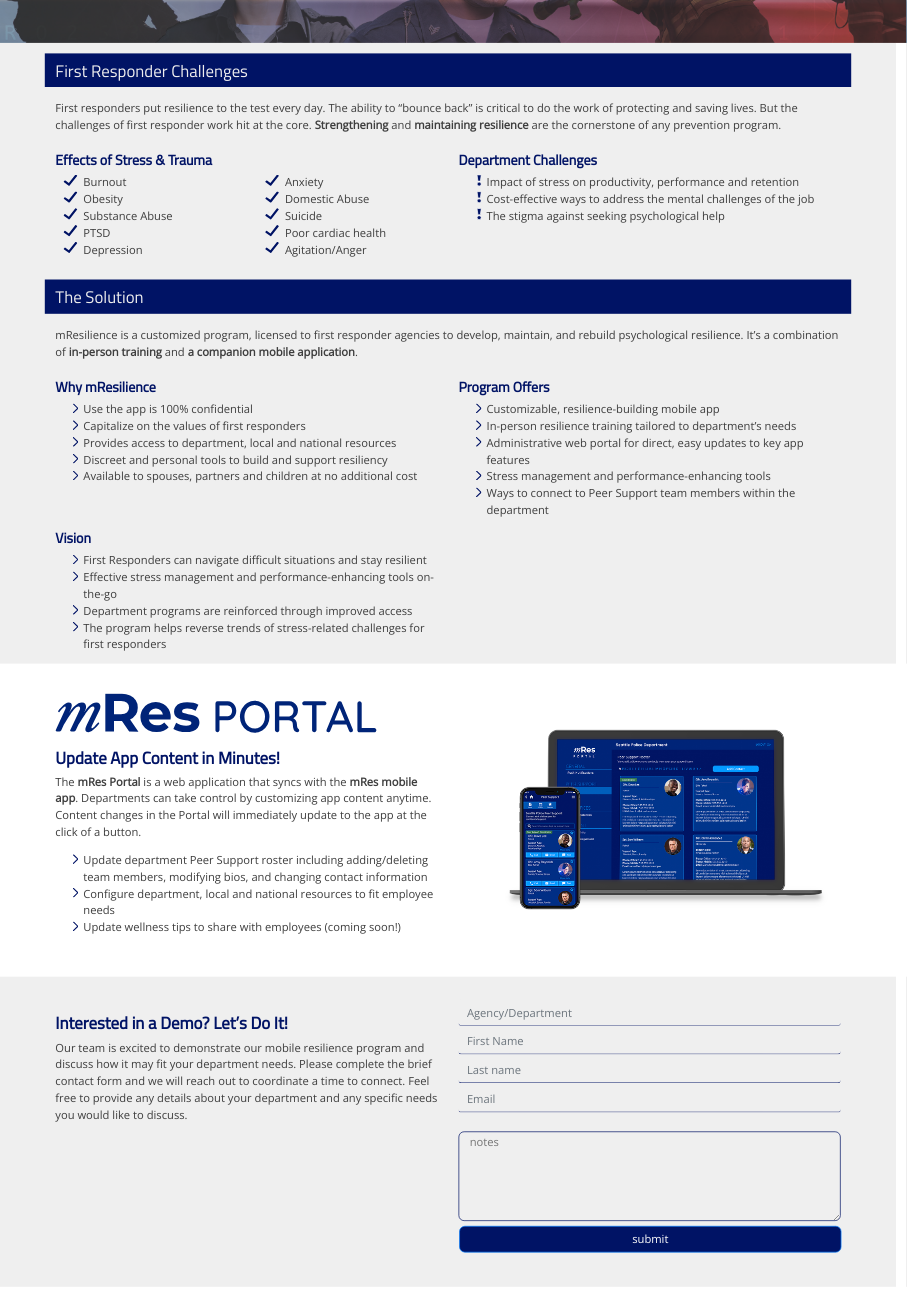
Repository: shenjune/mResilienceWebsite
Page: index.html
These files come from the project's save history. The page is drawn as it stood at one moment and after the next save; the edit follows.
The browser window is 1280 px wide. The page is 1295 px wide, so the pictures cover 1295 px, including what lies to the right of the window. The pictures show the part of the page from y = 795 to 2675 px (the page is 3171 px tall before and 3307 px after), at 70% of full size.
Some web libraries are served in a nearby version.

Above is the page before, as saved 2019-11-18 17:59:00.

After the next save:
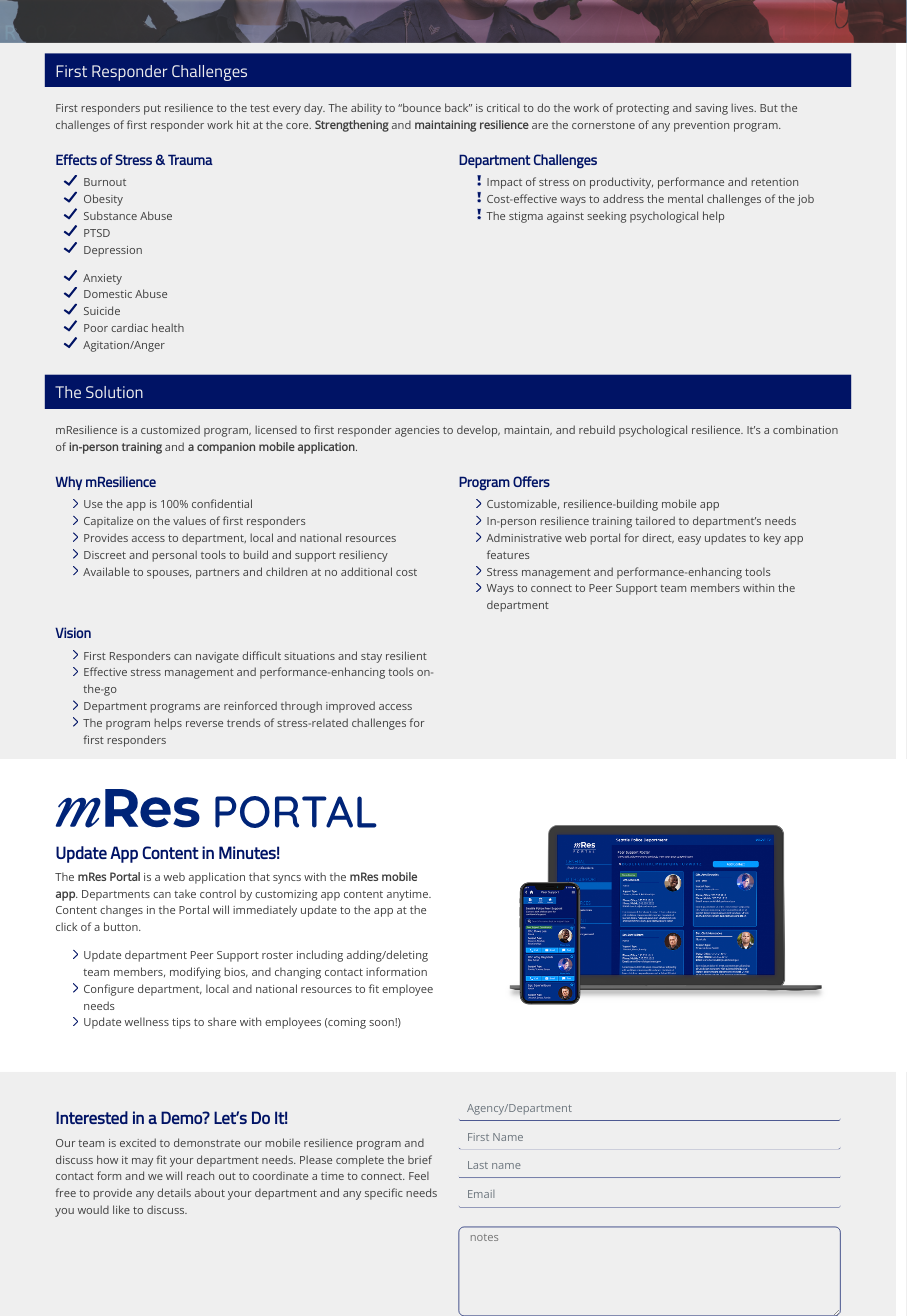
Saved 77 s later.
--- a/index.html
+++ b/index.html
@@ -126,7 +126,7 @@
 						<!-- STRESS PTS -->
 						<section class="row">
 						<!-- STRESS BULLET POINTS I-->
-							<section class="col-6" >
+							<section class="col-6 col-sm-12" >
 								<ul class="checkBullets">
 									<li>Burnout</li>
 									<li>Obesity</li>
@@ -136,7 +136,7 @@
 								</ul>
 							</section>
 					<!-- STRESS BULLET POINTS PT II-->
-							<section class="col-6" >
+							<section class="col-6 col-sm-12" >
 								<ul class="checkBullets">
 									<li>Anxiety</li>
 									<li>Domestic Abuse</li>

After the save that followed:
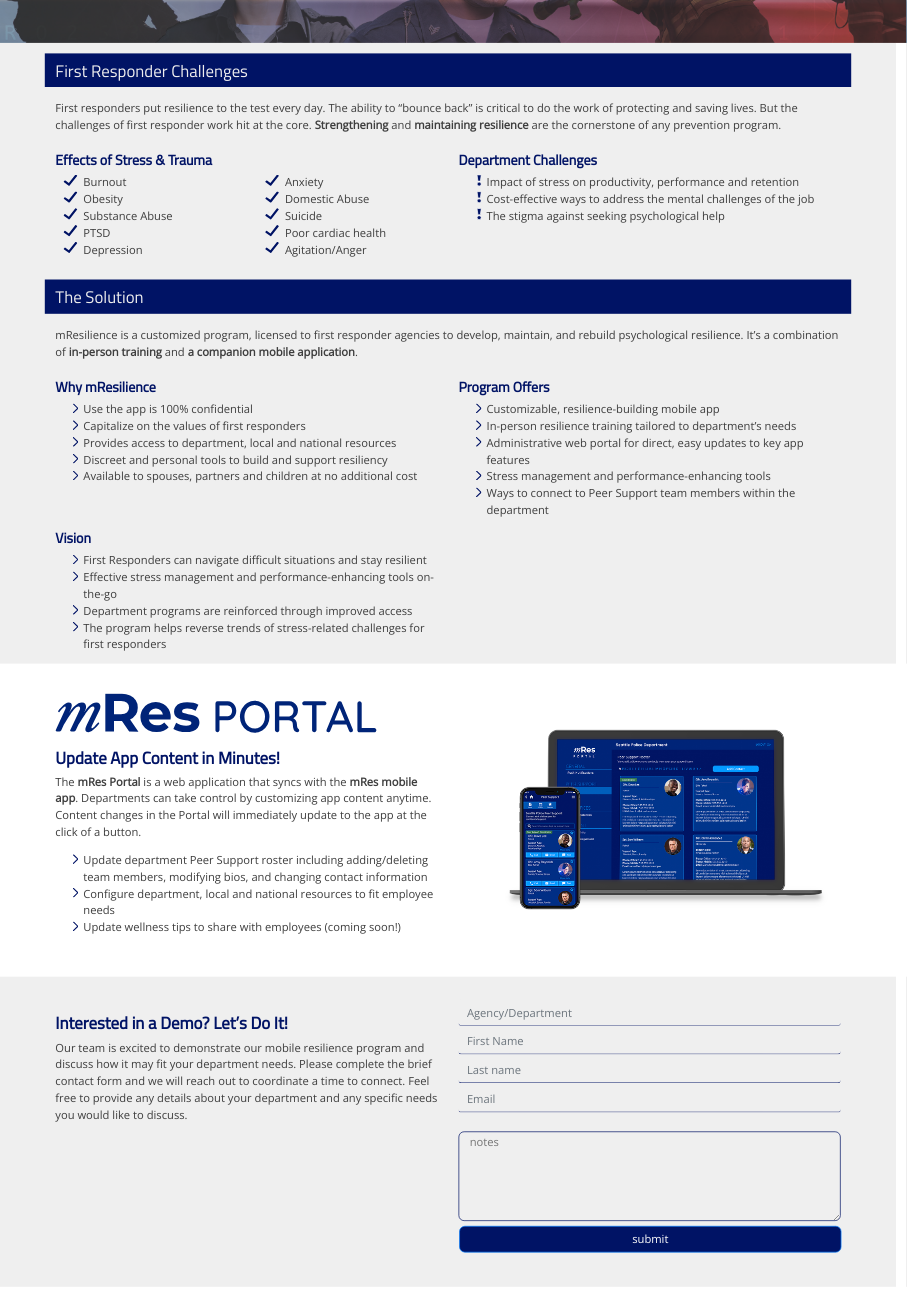
Saved 27 s later.
--- a/index.html
+++ b/index.html
@@ -126,7 +126,7 @@
 						<!-- STRESS PTS -->
 						<section class="row">
 						<!-- STRESS BULLET POINTS I-->
-							<section class="col-6 col-sm-12" >
+							<section class="col-lg-6 col-sm-12" >
 								<ul class="checkBullets">
 									<li>Burnout</li>
 									<li>Obesity</li>
@@ -136,7 +136,7 @@
 								</ul>
 							</section>
 					<!-- STRESS BULLET POINTS PT II-->
-							<section class="col-6 col-sm-12" >
+							<section class="col-lg-6 col-sm-12" >
 								<ul class="checkBullets">
 									<li>Anxiety</li>
 									<li>Domestic Abuse</li>
